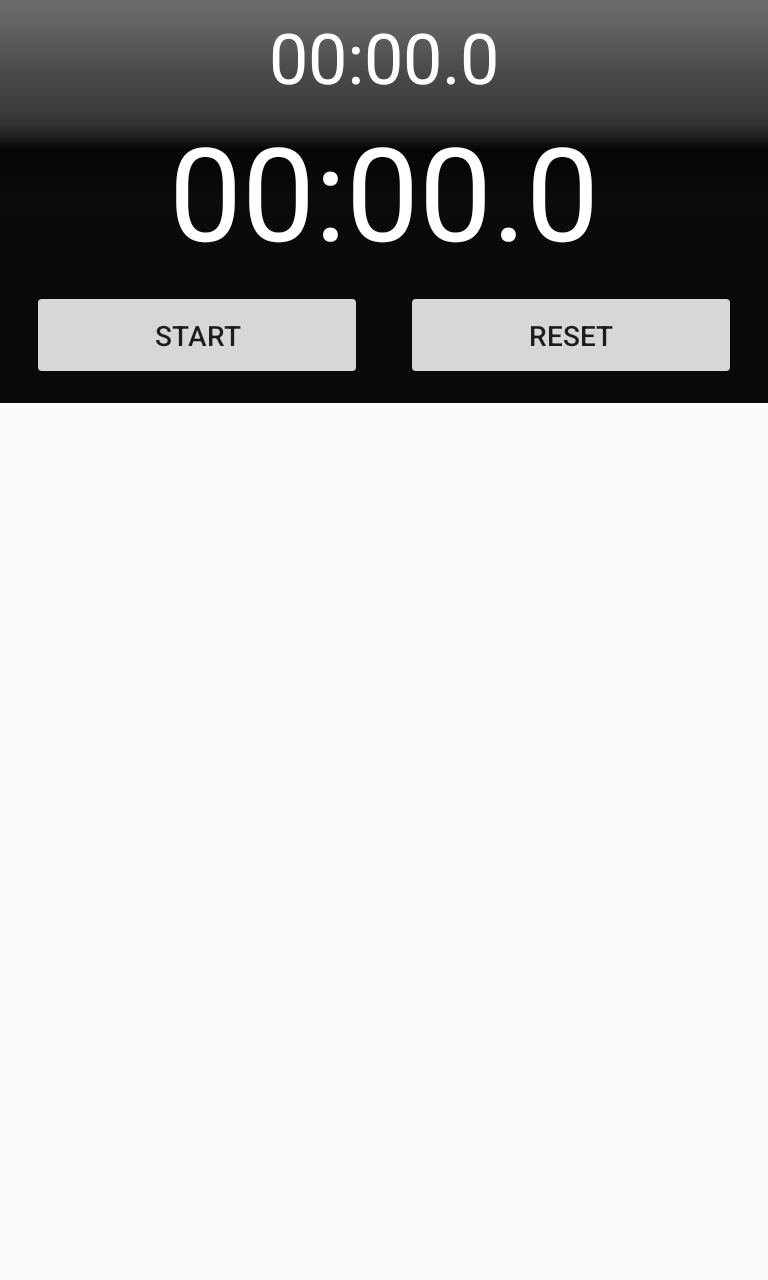
Repository: GitDidNotExitCleanly/AndroidTimer
Layout: G54MDP_Stopwatch/res/layout/fragment_stopwatch.xml
An editor plug-in stored every save of this project. The layout is shown before and after the next save, followed by the edit.
It is drawn on a 768 x 1280 px phone screen (xhdpi) without system bars, with theme AppTheme; the app's code is not run. Lists and similar views that code fills are empty.

Above is the layout before, as saved 2015-03-07 11:07:54.

### G54MDP_Stopwatch/res/layout/fragment_stopwatch.xml
<?xml version="1.0" encoding="utf-8"?>
<LinearLayout xmlns:android="http://schemas.android.com/apk/res/android"
    android:layout_width="match_parent"
    android:layout_height="match_parent"
    android:gravity="center_horizontal"
    android:orientation="vertical" >

        <LinearLayout
            android:layout_width="fill_parent"
            android:layout_height="wrap_content"
            android:gravity="center_horizontal"
            android:orientation="vertical"
            android:background="@drawable/background" >

	        <TextView
	            android:id="@+id/smallTime"
	            android:layout_width="wrap_content"
	            android:layout_height="wrap_content"
	            android:text="00:00.0"
	            android:textSize="@dimen/stopwatch_small_time"
	            android:textColor="#fff"
	            android:layout_marginBottom="0dp"
	            android:paddingTop="5dp" />

	        <TextView
	            android:id="@+id/largeTime"
	            android:layout_width="wrap_content"
	            android:layout_height="wrap_content"
	            android:text="00:00.0"
	            android:textSize="@dimen/stopwatch_large_time"
	            android:textColor="#fff"
	            android:paddingBottom="5dp" />

	        <LinearLayout
	            android:layout_width="match_parent"
	            android:layout_height="wrap_content"
	            android:gravity="center_horizontal"
	            android:orientation="horizontal"
	            android:layout_marginBottom="10dp" >

	            <Button
	                android:id="@+id/start_stop"
	                android:layout_width="wrap_content"
	                android:layout_height="wrap_content"
	                android:layout_weight="1"
	                android:text="Start"
	                android:layout_marginLeft="15dp"
	                android:layout_marginRight="10dp" />

	            <Button
	                android:id="@+id/reset_lap"
	                android:layout_width="wrap_content"
	                android:layout_height="wrap_content"
	                android:layout_weight="1"
	                android:text="Reset"
	                android:layout_marginLeft="10dp"
	                android:layout_marginRight="15dp" />

	        </LinearLayout>
    </LinearLayout>

    <ListView
        android:id="@+id/timeList"
        android:layout_width="fill_parent"
        android:layout_height="wrap_content"
        android:layout_gravity="center_horizontal"
        android:background="@drawable/listview_background" >

    </ListView>

</LinearLayout>

### G54MDP_Stopwatch/res/values/dimens.xml
<resources>

    <!-- Default screen margins, per the Android Design guidelines. -->
    <dimen name="activity_horizontal_margin">16dp</dimen>
    <dimen name="activity_vertical_margin">16dp</dimen>
    <dimen name="stopwatch_large_time">65dp</dimen><dimen name="stopwatch_small_time">35dp</dimen>

</resources>

Loaded but not shown: G54MDP_Stopwatch/res/values/styles.xml (common file); G54MDP_Stopwatch/res/values-v11/styles.xml (common file); G54MDP_Stopwatch/res/values-v14/styles.xml (common file)

After the next save:
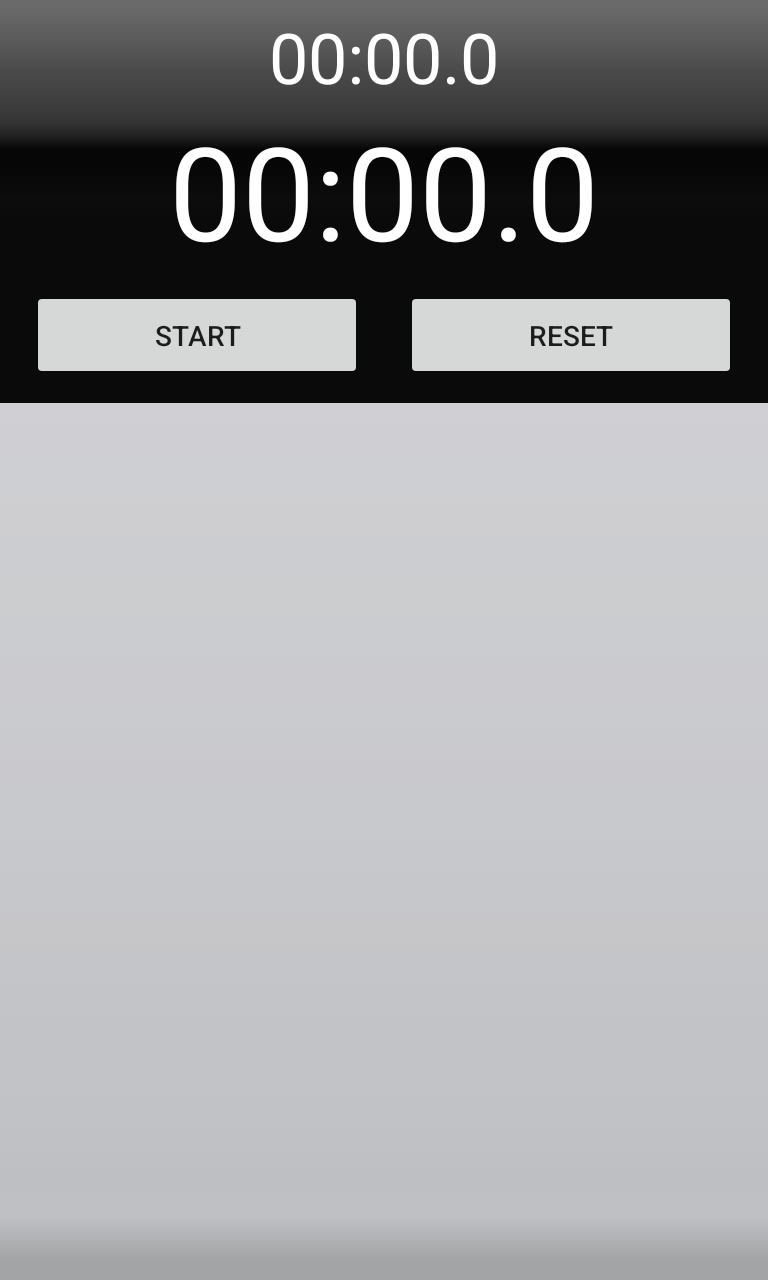
Saved 76 s later.
--- a/G54MDP_Stopwatch/res/layout/fragment_stopwatch.xml
+++ b/G54MDP_Stopwatch/res/layout/fragment_stopwatch.xml
@@ -3,7 +3,8 @@
     android:layout_width="match_parent"
     android:layout_height="match_parent"
     android:gravity="center_horizontal"
-    android:orientation="vertical" >
+    android:orientation="vertical"
+    android:background="@drawable/listview_background" >
 
         <LinearLayout
             android:layout_width="fill_parent"
@@ -63,8 +64,7 @@
         android:id="@+id/timeList"
         android:layout_width="fill_parent"
         android:layout_height="wrap_content"
-        android:layout_gravity="center_horizontal"
-        android:background="@drawable/listview_background" >
+        android:layout_gravity="center_horizontal" >
 
     </ListView>
 

After the save that followed:
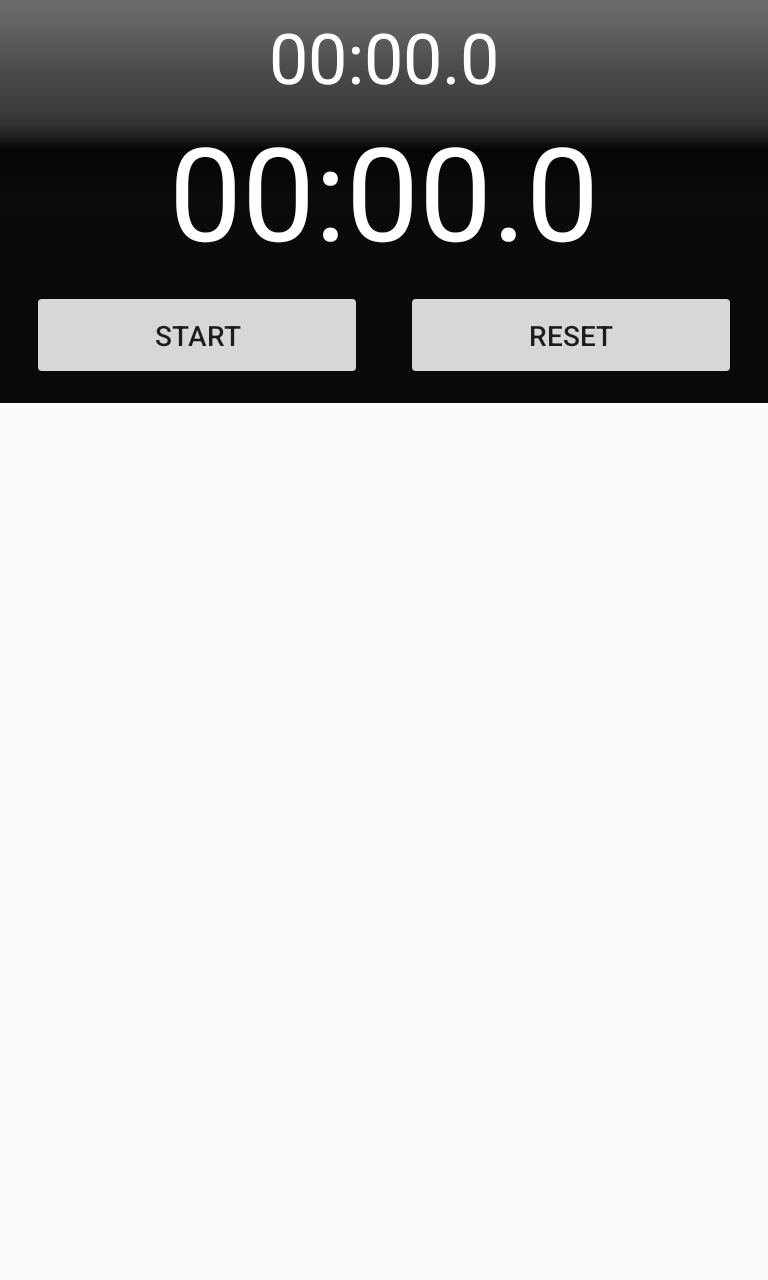
Saved 2 min 45 s later.
--- a/G54MDP_Stopwatch/res/layout/fragment_stopwatch.xml
+++ b/G54MDP_Stopwatch/res/layout/fragment_stopwatch.xml
@@ -3,8 +3,7 @@
     android:layout_width="match_parent"
     android:layout_height="match_parent"
     android:gravity="center_horizontal"
-    android:orientation="vertical"
-    android:background="@drawable/listview_background" >
+    android:orientation="vertical" >
 
         <LinearLayout
             android:layout_width="fill_parent"
